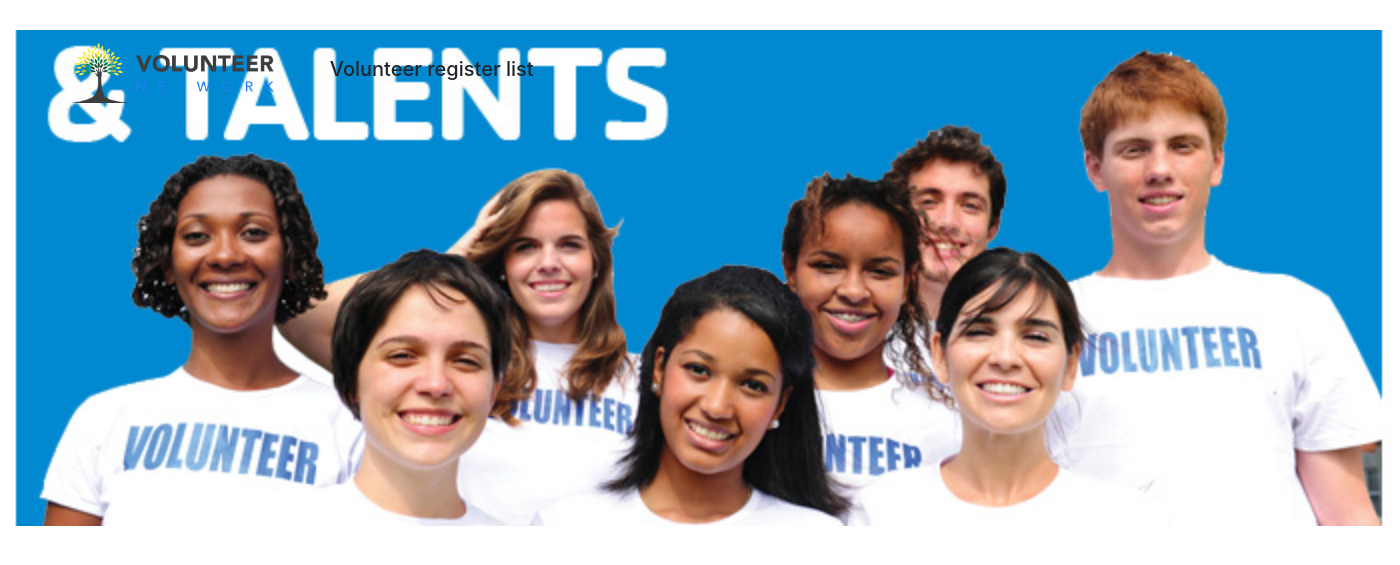
Repository: MdTahsinAmin/volunteer-network-client
Page: /adminPanel
An editor plug-in stored every save of this project. The page is shown before and after the next save, followed by the edit.
The browser window is 1280 px wide. The page is 1400 px wide, so the pictures cover 1400 px, including what lies to the right of the window. The pictures show the whole page.
The project was rebuilt for these pictures with package versions that can differ from the ones it lists, and the page was loaded fresh each time.

Above is the page before, as saved 2020-10-04 23:00:42.

### public/index.html
<!DOCTYPE html>
<html lang="en">
  <head>
    <meta charset="utf-8" />
    <link rel="icon" href="%PUBLIC_URL%/favicon.ico" />
    <meta name="viewport" content="width=device-width, initial-scale=1" />
    <meta name="theme-color" content="#000000" />
    <meta
      name="description"
      content="Web site created using create-react-app"
    />
    <link rel="apple-touch-icon" href="%PUBLIC_URL%/logo192.png" />
    <!--
      manifest.json provides metadata used when your web app is installed on a
      user's mobile device or desktop. See https://developers.google.com/web/fundamentals/web-app-manifest/
    -->
    <link rel="manifest" href="%PUBLIC_URL%/manifest.json" />
    <!--
      Notice the use of %PUBLIC_URL% in the tags above.
      It will be replaced with the URL of the `public` folder during the build.
      Only files inside the `public` folder can be referenced from the HTML.

      Unlike "/favicon.ico" or "favicon.ico", "%PUBLIC_URL%/favicon.ico" will
      work correctly both with client-side routing and a non-root public URL.
      Learn how to configure a non-root public URL by running `npm run build`.
    -->
    <title>Volunteer Network</title>
  </head>
  <body>
    <noscript>You need to enable JavaScript to run this app.</noscript>
    <div id="root"></div>
    <!--
      This HTML file is a template.
      If you open it directly in the browser, you will see an empty page.

      You can add webfonts, meta tags, or analytics to this file.
      The build step will place the bundled scripts into the <body> tag.

      To begin the development, run `npm start` or `yarn start`.
      To create a production bundle, use `npm run build` or `yarn build`.
    -->
  </body>
</html>

### src/App.js
import React from 'react';
import './App.css';
import Header from './components/Header/Header';
import {
  BrowserRouter as Router,
  Switch,
  Route,
  Link
} from "react-router-dom";
import AdminPanel from './components/AdminPanel/AdminPanel';
function App() {
  return (
    <div className="App">
     <Router>
      <Switch>
        <Route path ='/home'>
         <Header navbar={true}></Header>
        </Route>
        <Route path="/adminPanel">
           <div>
           <Header navbar={false}></Header>
           <AdminPanel/>
           </div>
        </Route>
        <Route exact path="/">
           <Header navbar={true}></Header>
        </Route>
      </Switch>
     </Router>
    </div>
  );
}

export default App;

### src/App.css
.App {
    background-image:url('./logos/Volunteer_Image.jpg');
    background-repeat: no-repeat;
    background-size: cover;
    background-position: center;
    width: 1400px;
    height: 496px;
    left: 1px;
    top: -1px;
}

.App-logo {
  height: 40vmin;
  pointer-events: none;
}

@media (prefers-reduced-motion: no-preference) {
  .App-logo {
    animation: App-logo-spin infinite 20s linear;
  }
}

.App-header {
  background-color: #282c34;
  min-height: 100vh;
  display: flex;
  flex-direction: column;
  align-items: center;
  justify-content: center;
  font-size: calc(10px + 2vmin);
  color: white;
}

.App-link {
  color: #61dafb;
}

@keyframes App-logo-spin {
  from {
    transform: rotate(0deg);
  }
  to {
    transform: rotate(360deg);
  }
}

### src/components/Header/Header.js
import React from 'react';
import { Link, useHistory } from 'react-router-dom';
import './Header.css'
import volunteerLogo from '../../logos/volunteer.png';
import { styled } from '@material-ui/core/styles';
import Button from '@material-ui/core/Button';

// Material Button

const MyButton = styled(Button)({
    background: 'linear-gradient(45deg, #3F90FC 30%, #3F90FC 90%)',
    border: 0,
    borderRadius: '6px',
    color: 'white',
    height: 48,
    padding: '14px 43px',
    marginRight:'15px',
    marginLeft:'9px',
    cursor:'pointer'
  });

  const AdminBtn = styled(Button)({
    background: 'linear-gradient(45deg, #434141 30%, #434141 90%)',
    border: 0,
    borderRadius: '6px',
    color: 'white',
    height: 48,
    padding: '14px 43px',
    marginRight:'15px',
    cursor:'pointer'
  })

const Header = (props) => {

    const history = useHistory();

    const handleAdminPanel = () =>{
         history.push('/adminPanel');
    }


    return (
      <div className="header">
          <div className={props.navbar ? "container" : 'adminPanel'}>
          <nav className="navbar navbar-expand-lg navbar-light">
            <Link to='/home' className="navbar-brand"><img className={props.navbar ?'volunteerLogo':'Logo'} src={volunteerLogo} alt=""/></Link>
            <button className="navbar-toggler" type="button" data-toggle="collapse" data-target="#navbarSupportedContent" aria-controls="navbarSupportedContent" aria-expanded="false" aria-label="Toggle navigation">
                <span className="navbar-toggler-icon"></span>
            </button>
            {
                !props.navbar && <h5 className="volunteer-list">Volunteer register list</h5>
            }
            {
                props.navbar &&  <div className="collapse navbar-collapse" id="navbarSupportedContent">
                <ul className="navbar-nav ml-auto">
                <li className="nav-item">
                    <Link className="nav-link item-nav">Home</Link>
                </li>
                <li className="nav-item">
                    <Link className="nav-link item-nav">Donation</Link>
                </li>
                <li className="nav-item">
                    <Link className="nav-link item-nav">Events</Link>
                </li>
                <li className="nav-item">
                    <Link className="nav-link item-nav">Blog</Link>
                </li>
                <li className="nav-item">
                    <MyButton>Register</MyButton>
                </li>
                <li className="nav-item">
                   <AdminBtn
                     onClick={handleAdminPanel}
                   >Admin
                   </AdminBtn>
                </li>
                </ul>
            </div>
            }
            </nav>
      </div>
   </div>
    );
};

export default Header;

### src/components/AdminPanel/AdminPanel.js
import React from 'react';
import './AdminPanel.css';
const AdminPanel = () => {
    return (
        <div>

        </div>
    );
};

export default AdminPanel;

### src/components/Header/Header.css
.volunteerLogo{
    width: 202.81px;
    height: 60px;
    left: 88px;
    top: 44px;
}
.header{
    margin-top: 30px;
}
.nav-link{
    font-family: Montserrat;
    font-style: normal;
    font-weight: 500;
    font-size: 20px;
    text-align: center;
    color: #0B0B0B;
}

### src/components/AdminPanel/AdminPanel.css
.adminPanel{
    margin-right:20px;
}
.Logo{
    width: 202.81px;
    height: 60px;
    left: 88px;
    top: 44px;
    margin-left:55px;
}
.volunteer-list{
    margin-left:40px;
}

Loaded but not shown: src/index.js (common file); src/index.css (common file); src/serviceWorker.js (common file)

After the next save:
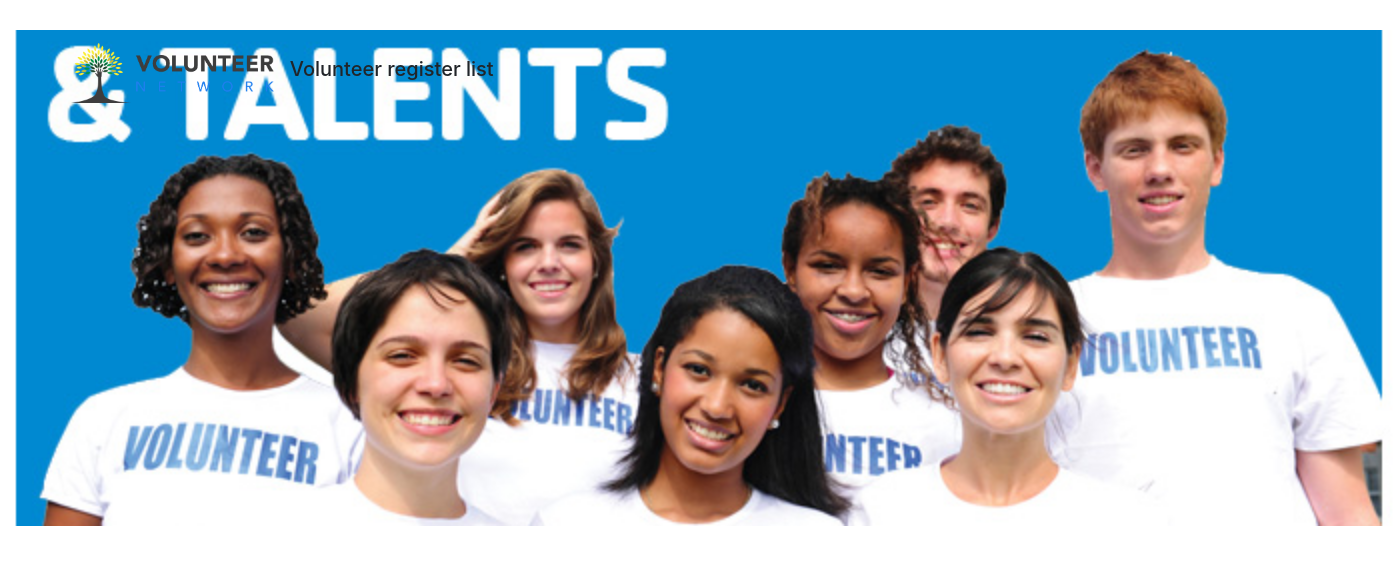
Saved 16 s later.
--- a/src/components/AdminPanel/AdminPanel.css
+++ b/src/components/AdminPanel/AdminPanel.css
@@ -9,5 +9,5 @@
     margin-left:55px;
 }
 .volunteer-list{
-    margin-left:40px;
+    margin-right:40px;
 }

After the save that followed:
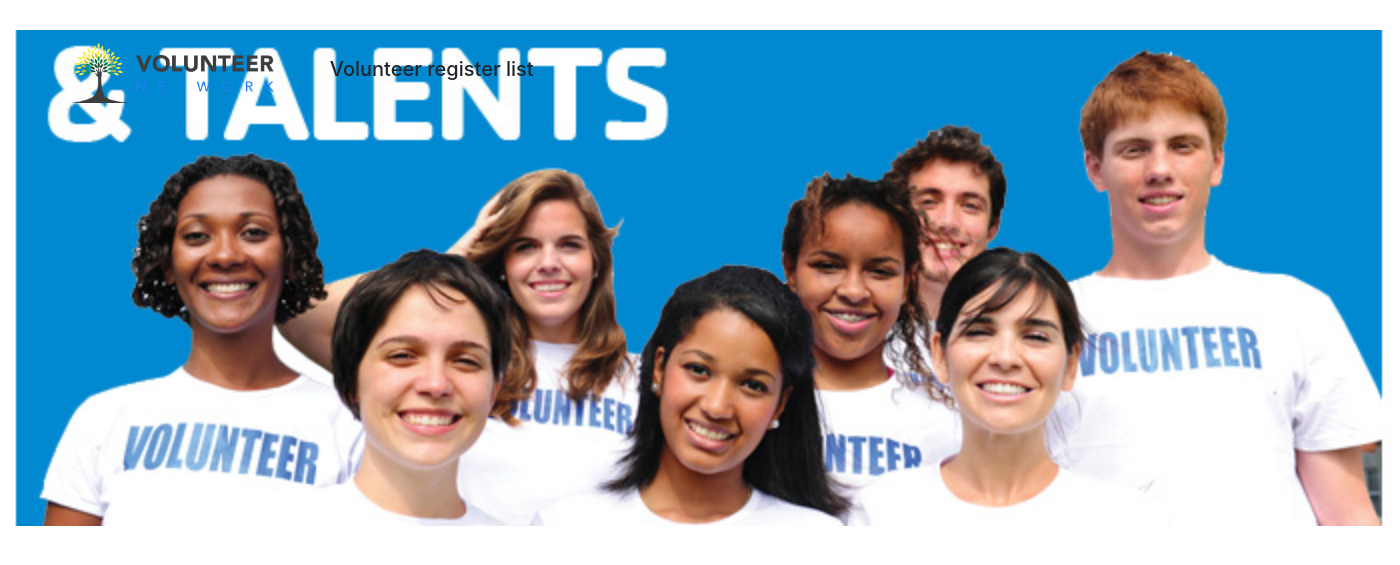
Saved 5 s later.
--- a/src/components/AdminPanel/AdminPanel.css
+++ b/src/components/AdminPanel/AdminPanel.css
@@ -9,5 +9,5 @@
     margin-left:55px;
 }
 .volunteer-list{
-    margin-right:40px;
+    margin-left:40px;
 }
